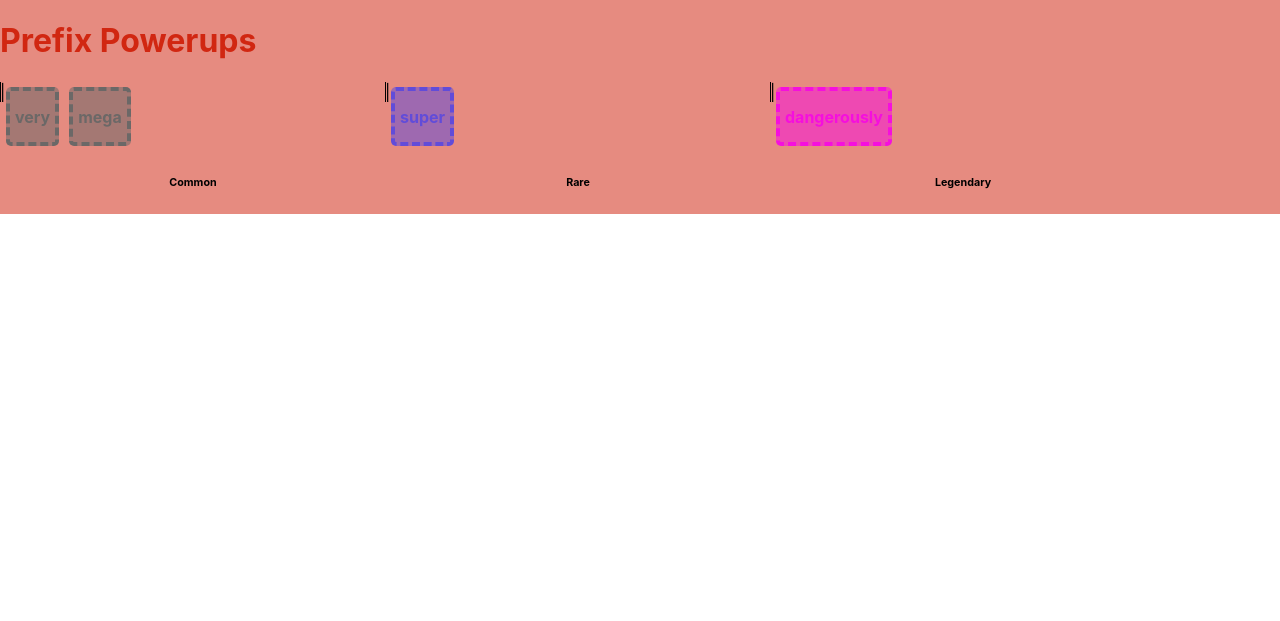
Repository: bsalgado98/buns-inator
Page: /
An editor plug-in stored every save of this project. The page is shown before and after the next save, followed by the edit.
The browser window is 1280 px wide. The pictures show the whole page.
The project was rebuilt for these pictures with package versions that can differ from the ones it lists, and the page was loaded fresh each time.

Above is the page before, as saved 2022-04-25 22:39:00.

After the next save:
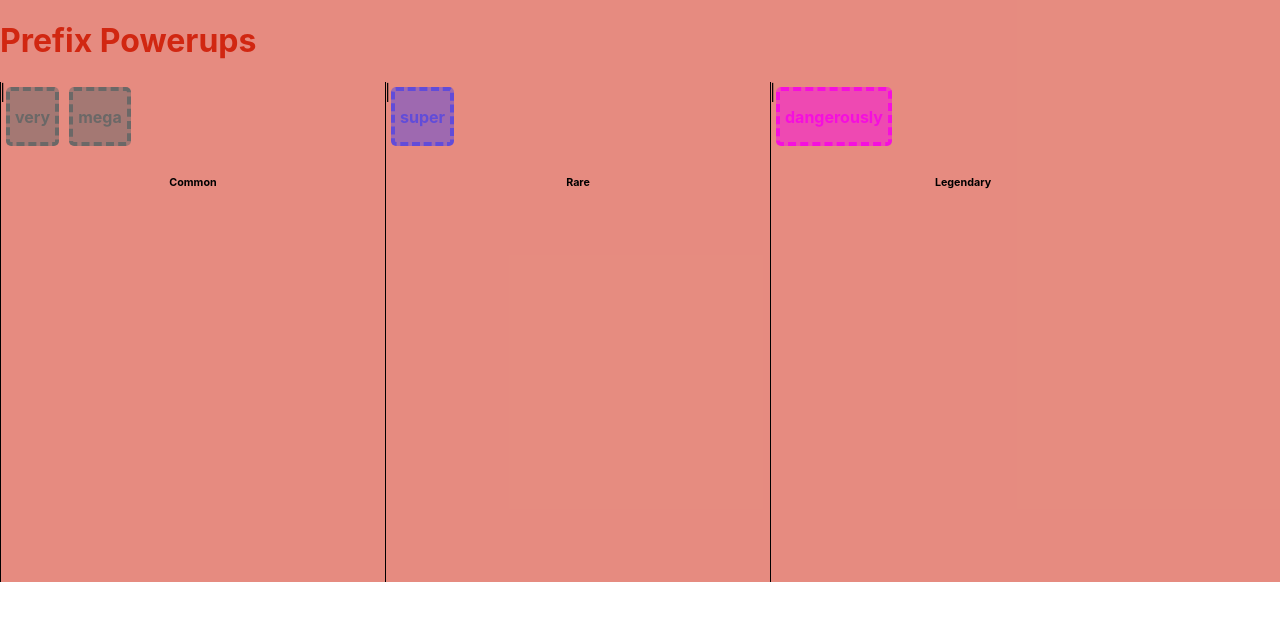
Saved 10 s later.
--- a/src/components/WordBank/WordBank.js
+++ b/src/components/WordBank/WordBank.js
@@ -39,7 +39,7 @@ const WordBank = ({ bankTitle = "N/A", color = "#000000", wordCollection = [] })
         },
         divider: {
             style: {
-                height: '100%',
+                height: '500px',
                 width: '1px',
                 backgroundColor: 'black'
             }
